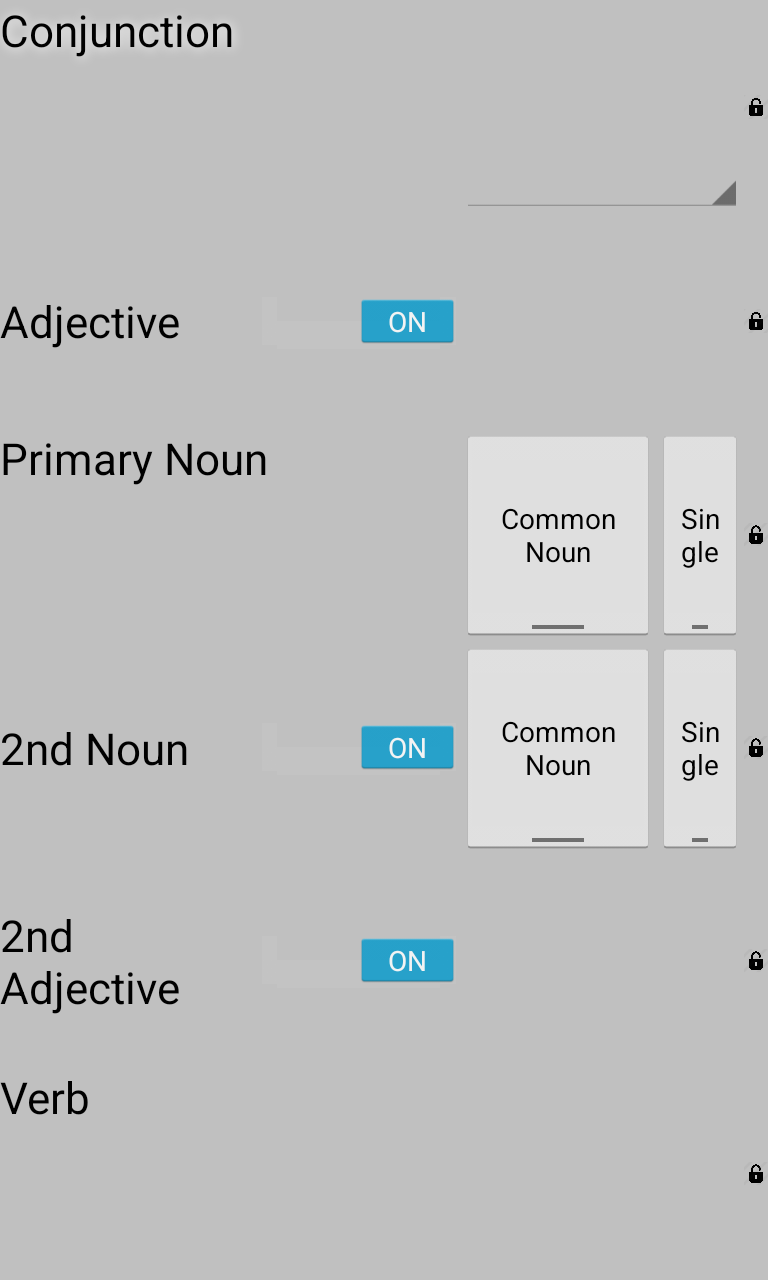
Repository: TheDizzler/TableTopTools
Layout: RPGTools/res/layout/fragment_cause_controls.xml
These files come from the project's save history. The layout is drawn as it stood at one moment and after the next save; the edit follows.
It is drawn on a 768 x 1280 px phone screen (xhdpi) without system bars, with theme AppTheme; the app's code is not run.

Above is the layout before, as saved 2017-03-26 19:14:05.

### RPGTools/res/layout/fragment_cause_controls.xml
<?xml version="1.0" encoding="utf-8"?>
<TableLayout xmlns:android="http://schemas.android.com/apk/res/android"
    android:layout_width="match_parent"
    android:layout_height="match_parent"
    android:background="#C0C0C0"
    android:measureWithLargestChild="true"
    android:orientation="vertical"
    android:weightSum="6" >

    <TableRow
        android:id="@+id/tableRow1_conjunction"
        android:layout_width="match_parent"
        android:layout_height="wrap_content"
        android:layout_weight="1"
        android:weightSum="4" >

        <TextView
            android:id="@+id/textView1"
            android:layout_width="wrap_content"
            android:layout_height="match_parent"
            android:layout_span="1"
            android:layout_weight="1"
            android:text="Conjunction"
            android:shadowColor="#FFFFFF"
            android:shadowDx="1"
            android:shadowDy="1"
            android:shadowRadius="9"
            android:textAppearance="?android:attr/textAppearanceLarge" />

        <Spinner
            android:id="@+id/spinner_Conjunctions"
            android:layout_width="wrap_content"
            android:layout_height="match_parent"
            android:layout_span="2"
            android:layout_weight="1" />

        <ImageView
            android:id="@+id/lockBtn_conj"
            android:layout_width="32dp"
            android:layout_height="match_parent"
            android:layout_span="1"
            android:layout_weight="1"
            android:src="@drawable/unlocked" />
    </TableRow>

    <TableRow
        android:id="@+id/tableRow2_primaryAdj"
        android:layout_width="match_parent"
        android:layout_height="wrap_content"
        android:layout_weight="1"
        android:weightSum="4" >

        <Switch
            android:id="@+id/switch_primaryAdjective"
            android:layout_width="wrap_content"
            android:layout_height="match_parent"
            android:layout_span="1"
            android:layout_weight="1"
            android:checked="true"
            android:text="Adjective"
            android:textAppearance="?android:attr/textAppearanceLarge" />

        <Spinner
            android:id="@+id/spacer1"
            android:layout_width="wrap_content"
            android:layout_height="match_parent"
            android:layout_span="2"
            android:layout_weight="1"
            android:visibility="invisible" />

        <ImageView
            android:id="@+id/lockBtn_primaryAdj"
            android:layout_width="32dp"
            android:layout_height="match_parent"
            android:layout_span="1"
            android:layout_weight="1"
            android:src="@drawable/unlocked" />
    </TableRow>

    <TableRow
        android:id="@+id/tableRow3_primaryNoun"
        android:layout_width="match_parent"
        android:layout_height="wrap_content"
        android:layout_weight="1"
        android:weightSum="4" >

        <TextView
            android:id="@+id/textView3"
            android:layout_width="wrap_content"
            android:layout_height="match_parent"
            android:layout_span="1"
            android:layout_weight="1"
            android:text="Primary Noun"
            android:textAppearance="?android:attr/textAppearanceLarge" />

        <ToggleButton
            android:id="@+id/toggleBtn_primaryNounProper"
            android:layout_width="wrap_content"
            android:layout_height="match_parent"
            android:layout_span="1"
            android:layout_weight="1"
            android:textOff="Common Noun"
            android:textOn="Proper Noun" />

        <ToggleButton
            android:id="@+id/toggleBtn_primaryNounPlural"
            android:layout_width="wrap_content"
            android:layout_height="match_parent"
            android:layout_span="1"
            android:layout_weight="1"
            android:textOff="Single"
            android:textOn="Plural" />

        <ImageView
            android:id="@+id/lockBtn_primaryNoun"
            android:layout_width="32dp"
            android:layout_height="match_parent"
            android:layout_span="1"
            android:layout_weight="1"
            android:src="@drawable/unlocked" />
    </TableRow>

    <TableRow
        android:id="@+id/tableRow4_secondaryNoun"
        android:layout_width="match_parent"
        android:layout_height="wrap_content"
        android:layout_weight="1"
        android:weightSum="4" >

        <Switch
            android:id="@+id/switch_secondaryNoun"
            android:layout_width="wrap_content"
            android:layout_height="match_parent"
            android:layout_span="1"
            android:layout_weight="1"
            android:checked="true"
            android:text="2nd Noun"
            android:textAppearance="?android:attr/textAppearanceLarge" />

        <ToggleButton
            android:id="@+id/toggleBtn_secondaryNounProper"
            android:layout_width="wrap_content"
            android:layout_height="match_parent"
            android:layout_span="1"
            android:layout_weight="1"
            android:textOff="Common Noun"
            android:textOn="Proper Noun" />

        <ToggleButton
            android:id="@+id/toggleBtn_secondaryNounPlural"
            android:layout_width="wrap_content"
            android:layout_height="match_parent"
            android:layout_span="1"
            android:layout_weight="1"
            android:textOff="Single"
            android:textOn="Plural" />

        <ImageView
            android:id="@+id/lockBtn_secondaryNoun"
            android:layout_width="32dp"
            android:layout_height="match_parent"
            android:layout_span="1"
            android:layout_weight="1"
            android:src="@drawable/unlocked" />
    </TableRow>

    <TableRow
        android:id="@+id/tableRow5_secondaryAdj"
        android:layout_width="match_parent"
        android:layout_height="wrap_content"
        android:layout_weight="1"
        android:weightSum="4" >

        <Switch
            android:id="@+id/switch_secondaryAdjective"
            android:layout_width="wrap_content"
            android:layout_height="match_parent"
            android:layout_span="1"
            android:layout_weight="1"
            android:checked="true"
            android:text="2nd Adjective"
            android:textAppearance="?android:attr/textAppearanceLarge" />

        <Spinner
            android:id="@+id/spacer2"
            android:layout_width="wrap_content"
            android:layout_height="match_parent"
            android:layout_span="2"
            android:layout_weight="1"
            android:visibility="invisible" />

        <ImageView
            android:id="@+id/lockBtn_secondaryAdjective"
            android:layout_width="32dp"
            android:layout_height="match_parent"
            android:layout_span="1"
            android:layout_weight="1"
            android:src="@drawable/unlocked" />
    </TableRow>

    <TableRow
        android:id="@+id/tableRow6_causeVerb"
        android:layout_width="match_parent"
        android:layout_height="wrap_content"
        android:layout_weight="1"
        android:weightSum="4" >

        <TextView
            android:id="@+id/textView_causeVerb"
            android:layout_width="wrap_content"
            android:layout_height="match_parent"
            android:layout_span="1"
            android:layout_weight="1"
            android:text="Verb"
            android:textAppearance="?android:attr/textAppearanceLarge" />

        <Spinner
            android:id="@+id/spacer3"
            android:layout_width="wrap_content"
            android:layout_height="match_parent"
            android:layout_span="2"
            android:layout_weight="1"
            android:visibility="invisible" />

        <ImageView
            android:id="@+id/lockBtn_causeVerb"
            android:layout_width="32dp"
            android:layout_height="match_parent"
            android:layout_span="1"
            android:layout_weight="1"
            android:src="@drawable/unlocked" />
    </TableRow>

</TableLayout>

Loaded but not shown: RPGTools/res/values/styles.xml (common file); RPGTools/res/values-v11/styles.xml (common file); RPGTools/res/values-v14/styles.xml (common file)

After the next save:
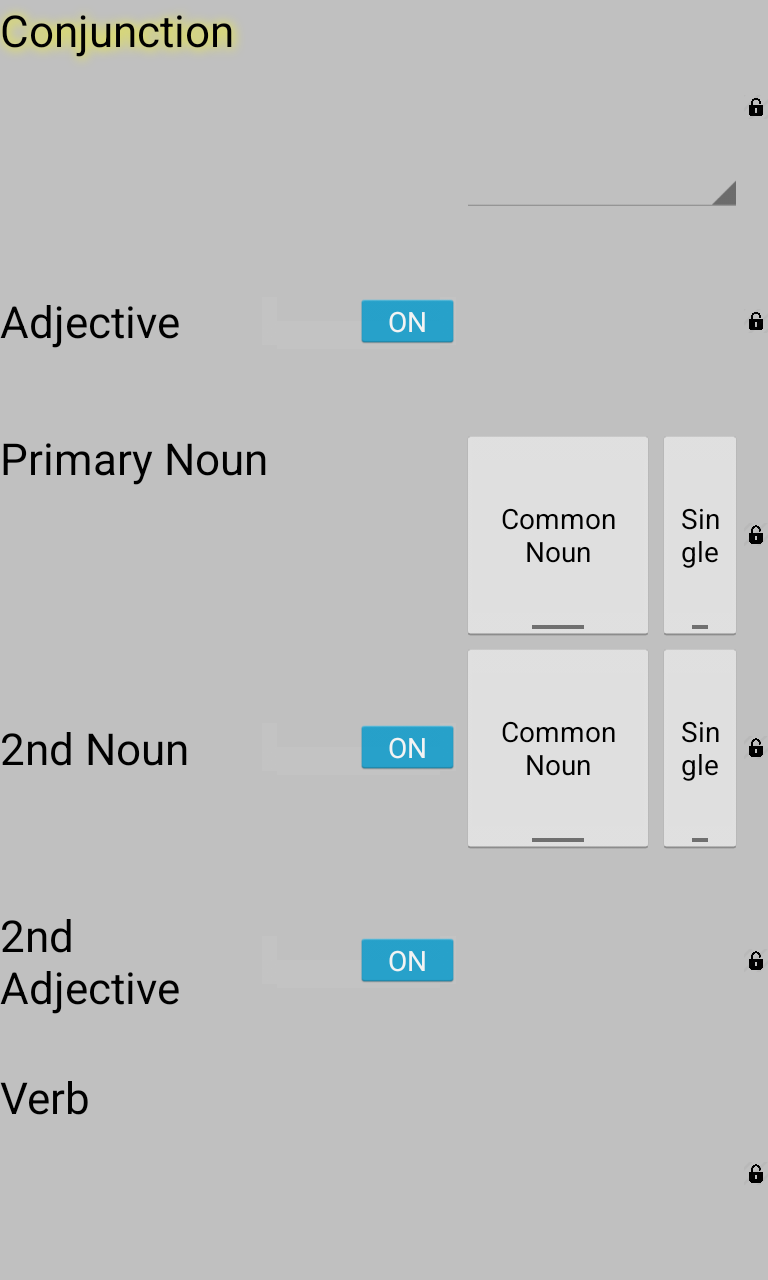
Saved 63 s later.
--- a/RPGTools/res/layout/fragment_cause_controls.xml
+++ b/RPGTools/res/layout/fragment_cause_controls.xml
@@ -21,7 +21,7 @@
             android:layout_span="1"
             android:layout_weight="1"
             android:text="Conjunction"
-            android:shadowColor="#FFFFFF"
+            android:shadowColor="#FFFFFF00"
             android:shadowDx="1"
             android:shadowDy="1"
             android:shadowRadius="9"
